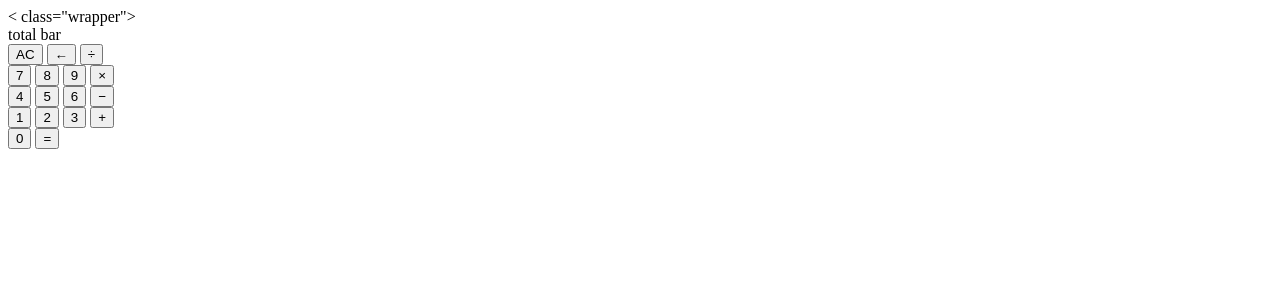
Repository: KaylaDamons/LAB-calculator
Page: index.html
An editor plug-in stored every save of this project. The page is shown before and after the next save, followed by the edit.
The browser window is 1280 px wide. The pictures show the whole page.

Above is the page before, as saved 2024-01-13 17:52:13.

### index.html
<!DOCTYPE html>
<html lang="en">
<head>
  <meta charset="UTF-8">
  <meta name="viewport" content="width=device-width, initial-scale=1.0">
  <title>Calculator</title>
</head>
<body>
< class="wrapper">
    <div>total bar</div>
    <div class="clearbutton">
       <button class="clear">AC</button>
       <button class="delete">&#8592</button>
       <button class="divide">&#247</button>
    </div>

    <div class="buttonrow1">
      <button class="button">7</button>
      <button class="button">8</button>
      <button class="button">9</button>
      <button class="button times">&#215</button>
    </div>

    <div class="buttonrow2">
      <button class="button">4</button>
      <button class="button">5</button>
      <button class="button">6</button>
       <button class="button minus">&#8722</button>
    </div>

    <div class ="buttonrow3">
    <button class="button">1</button>
    <button class="button">2</button>
    <button class="button">3</button>
    <button class="button plus">&#43</button>
    </div>

    <div class="buttonrow4">
    <button class="button">0</button>
    <button class="button equals">&#61</button>
    </div>

  </div>



  <link rel="stylesheet" href="main.css">
</body>
<script src="main.js"></script>
</html>

### main.css
body {
}

.wrapper {
  display: flex;
  justify-content: space-around;
  align-items: center;
  width: 100%;
}

### main.js
console.log("calculator");

After the next save:
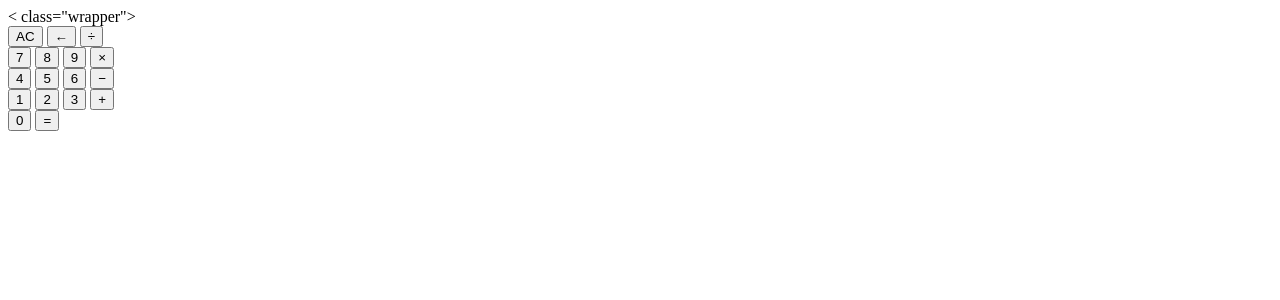
Saved 2 min 51 s later.
--- a/index.html
+++ b/index.html
@@ -7,7 +7,7 @@
 </head>
 <body>
 < class="wrapper">
-    <div>total bar</div>
+    <div class="total bar"></div>
     <div class="clearbutton">
        <button class="clear">AC</button>
        <button class="delete">&#8592</button>
